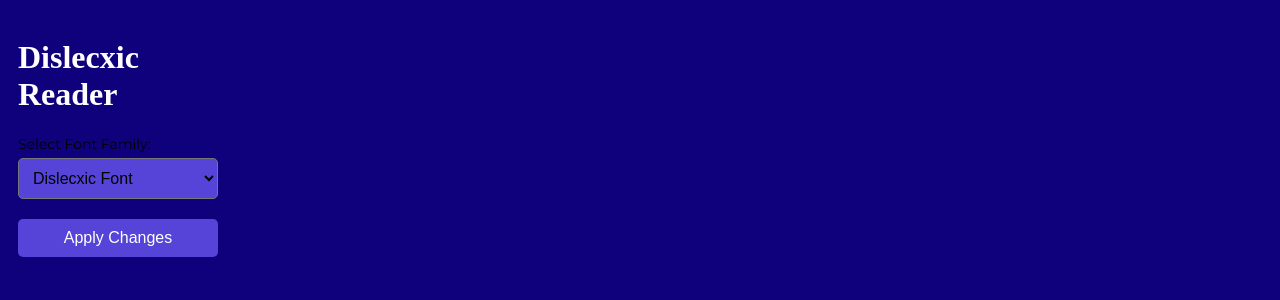
Repository: adatechschool/extension-navigateur-extension_walid_eliana_imelda
Page: Extention 3/popup.html
The author's editor kept a copy of each file at every save. The page is drawn from the files as they stood at one save, then again after the next save.
The browser window is 1280 px wide. The pictures show the whole page.

Above is the page before, as saved 2024-01-12 16:02:59.

After the next save:
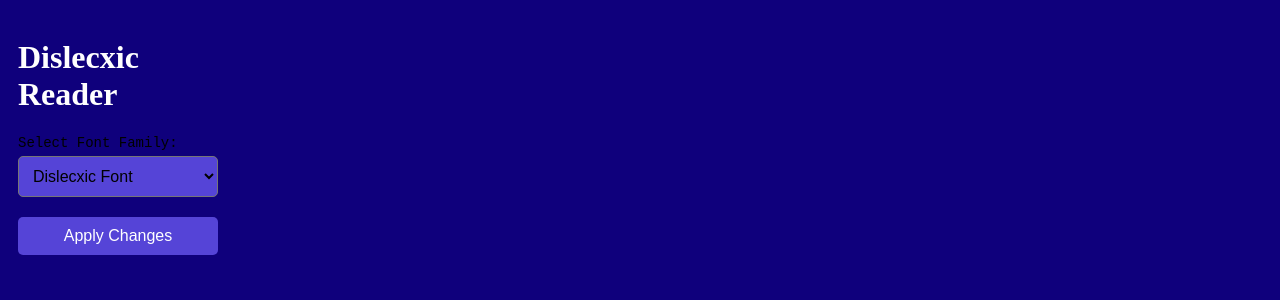
Saved 37 s later.
--- a/Extention 3/popup.css
+++ b/Extention 3/popup.css
@@ -7,7 +7,7 @@ body {
   }
 
   label {
-    font-family: Montserrat;
+    font-family: monospace;
     display: block;
     margin-bottom: 5px;
     font-size: 14px;
